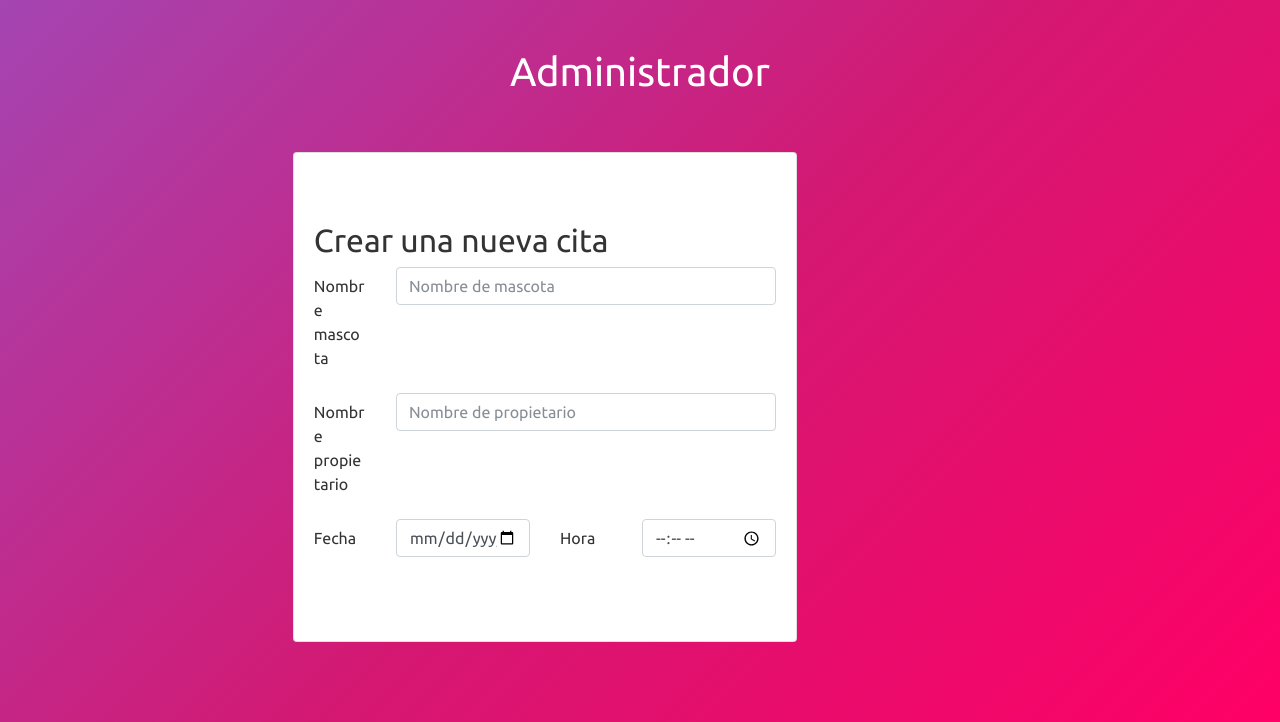
Repository: harrycampaz/react-veterinario-form
Page: /
The author's editor kept a copy of each file at every save. The page is drawn from the files as they stood at one save, then again after the next save.
The browser window is 1280 px wide. The pictures show the whole page.
The project was rebuilt for these pictures with package versions that can differ from the ones it lists, and the page was loaded fresh each time.

Above is the page before, as saved 2020-01-16 14:22:33.

After the next save:
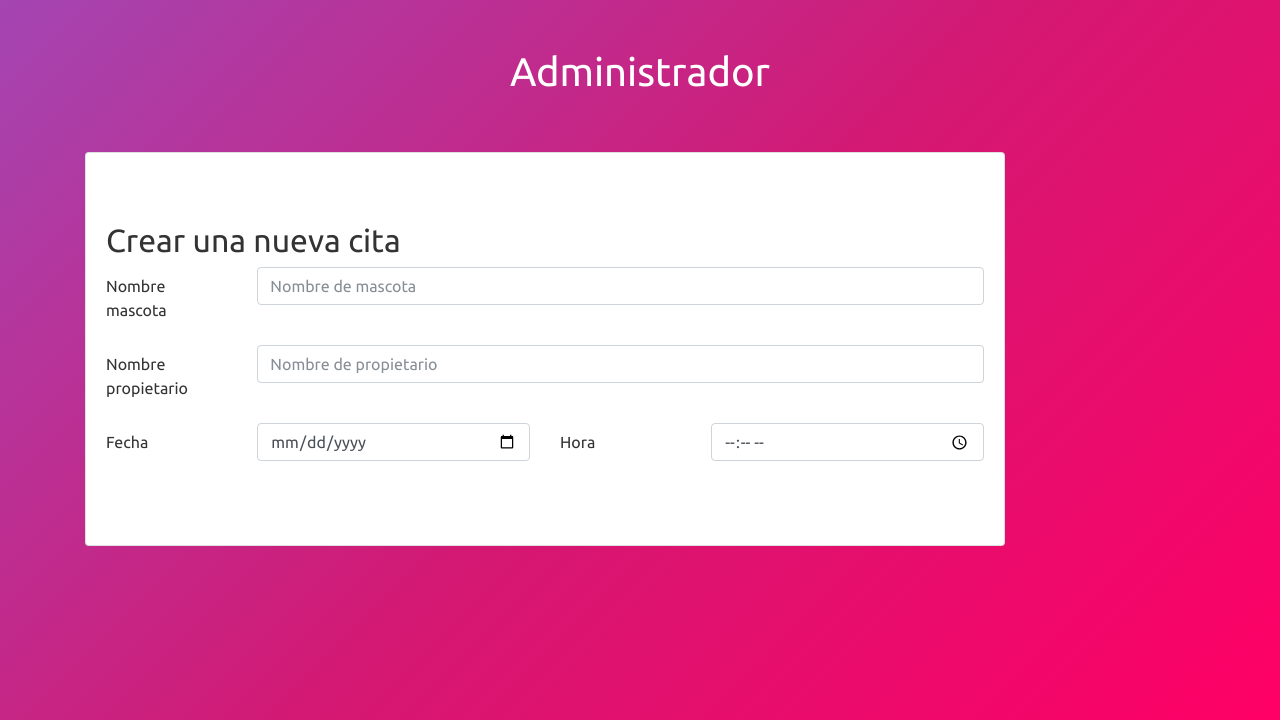
Saved 21 s later.
--- a/src/components/layout/NuevaCita.js
+++ b/src/components/layout/NuevaCita.js
@@ -3,8 +3,6 @@ import React, { Component } from "react";
 class NuevaCita extends Component {
   render() {
     return (
-      <div className= "row justify-content-md-center">
-
 
       <div className="card mt-5 py-5">
         <div className="card-body">
@@ -72,7 +70,6 @@ class NuevaCita extends Component {
         </form>
       </div>
       </div>
-      </div>
     );
   }
 }
